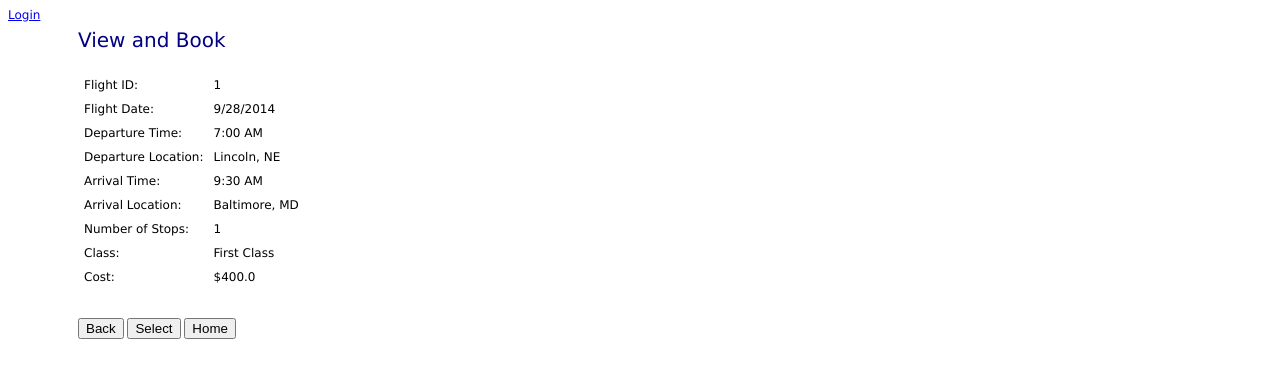
Repository: jliu9000/CSE-464---Flight-Pages
Page: http://localhost/HW1/ViewAndBook.jsp
The author's editor kept a copy of each file at every save. The page is drawn from the files as they stood at one save, then again after the next save.
The browser window is 1280 px wide. The pictures show the whole page.
The page is served by Tomcat 9. Other server files are loaded and not shown.

Above is the page before, as saved 2014-09-22 21:47:32.

### HW1/WebContent/ViewAndBook.jsp
<%@ page language="java" contentType="text/html; charset=ISO-8859-1"
    pageEncoding="ISO-8859-1"%>
<!DOCTYPE html PUBLIC "-//W3C//DTD HTML 4.01 Transitional//EN" "http://www.w3.org/TR/html4/loose.dtd">
<html>
<head>
<meta http-equiv="Content-Type" content="text/html; charset=ISO-8859-1">
<link rel="stylesheet" type="text/css" href="CSS/FlightStyles.css">
<%@ page import="flight.bizlogic.*"%>


<title>View and Book</title>


</head>
<body>

<div class='sidebar'>
	<a id="login" href="login.jsp">
	<%=session.getAttribute("nUserID") != null ? "Logout" : "Login"%>
	</a>
</div>

	<%
		RecordFactory records = new RecordFactory(1);
		FlightRecord r = records.TestRecord();
	%>

<div class='main'>

	<p class="PageTitle">View and Book</p>


		<table>
			<tr><td class="key">Flight ID: </td><td class='value'><%=r.getID() %></td></tr>
			<tr><td class='key'>Flight Date: </td><td class='value'><%=r.getDateOfTravel() %></td></tr>
			<tr><td class='key'>Departure Time: </td><td class='value'><%=r.getDepartureTime() %></td></tr>
			<tr><td class='key'>Departure Location: </td><td class='value'><%=r.getSource() %></td></tr>
			<tr><td class='key'>Arrival Time: </td><td class='value'><%=r.getArrivalTime() %></td></tr>
			<tr><td class='key'>Arrival Location: </td><td class='value'><%=r.getDestination() %></td></tr>
			<tr><td class='key'>Number of Stops: </td><td class='value'><%=r.getNumberOfStops() %></td></tr>
			<tr><td class='key'>Class: </td><td class='value'><%=r.getFlightClass() %></td></tr>
			<tr><td class='key'>Cost: </td><td class='value'>$<%=r.getCost() %></td></tr>
		</table>

	<br><br>

	<a href="FlightSearchResults.jsp"><button>Back</button></a>
	<a href="Transaction.jsp"><button>Select</button></a>
	<a href="FlightSearch.jsp"><button>Home</button></a>


</div>
</body>
</html>

### HW1/src/flight/bizlogic/RecordFactory.java
package flight.bizlogic;
import java.util.ArrayList;



public class RecordFactory {
	//Master list
	private ArrayList<FlightRecord> oRecordsList;
	private int nTotalRecords;

	//Lists for record generation
	private String sListOfLocations[] = {"New York City, New York","Dallas, Texas","Sacramento, California",
			"Chicago, Illinois","Lincoln, Nebraska","Denver, Colorado","Atlanta, Georgia"};
	private int sListOfYears[] ={2014,2015,2016};
	private String sListOfClass[] ={"First Class", "Business", "Economy"};

	//Static test record
	private FlightRecord _oTestRecord = new FlightRecord(1, "Lincoln, NE", "Baltimore, MD", "9/28/2014", 52, "First Class",
			"7:00 AM", "9:30 AM", 1, 400.00);

	public RecordFactory(int nTotalRecords){

		//use nTotalRecords <= 0 for a random number of 1 to 50 records
		if (nTotalRecords <= 0){
			this.nTotalRecords = (int) Math.round(Math.random() * 49) + 1;
		}else{
			this.nTotalRecords = nTotalRecords;
		}

		oRecordsList = new ArrayList<FlightRecord>();

	}

	public void generateRecords(){

		for (int i = 0; i<= nTotalRecords; i++){
			oRecordsList.add(getSingleRecord());
		}

	}

	public FlightRecord getSingleRecord(){
		String sFormatedMonth;
		int nYear, nMonth, nDay, nSeats, nClass, nSource, nDestination, nID;

		nMonth = (int) Math.ceil(Math.random() * 12);
		nDay = (int) Math.round(Math.random() * 28);
		nYear = (int) Math.round(Math.random() * 2);
		sFormatedMonth = nMonth + "/" +nDay +"/" +sListOfYears[nYear];

		nSeats = (int) Math.round(Math.random() * 100);
		nClass = (int) Math.round(Math.random()*2);
		nSource = (int) Math.round(Math.random()*6);
		nDestination = (int) Math.round(Math.random() * 6);
		//destination cannot equal source
		while (nDestination == nSource){
			nDestination = (int) Math.round(Math.random() * 6);
		}

		return new FlightRecord(sListOfLocations[nSource], sListOfLocations[nDestination], sFormatedMonth, nSeats, sListOfClass[nClass]);

	}





	public String toHTMLTableRow(int nRow){
		FlightRecord r;
		String sHTMLRow;
		if (nRow < oRecordsList.size()){
			r = oRecordsList.get(nRow);
		}else{
			return "";
		}

		sHTMLRow = "<td>" +r.getID() +"</td>";
		sHTMLRow += "<td>" +r.getDateOfTravel() +"</td>";
		sHTMLRow += "<td>" +r.getDepartureTime() +"</td>";
		sHTMLRow += "<td>" +r.getArrivalTime() +"</td>";
		sHTMLRow += "<td>" +r.getNumberOfStops() +"</td>";
		sHTMLRow += "<td> $" +r.getCost() +"</td>";

		return sHTMLRow;
	}

	public FlightRecord TestRecord() {
		return _oTestRecord;
	}

	public int TotalRecords(){
		return nTotalRecords;

	}

	public ArrayList<FlightRecord> getRecords(){

		return oRecordsList;
	}
}

### HW1/src/flight/bizlogic/FlightRecord.java
package flight.bizlogic;

public class FlightRecord {
	private String sSource;
	private String sDestination;
	private String sDateOfTravel;
	private String sClass;
	private int nSeats;
	private String sDepartureTime;
	private String sArrivalTime;
	private int nNumberOfStops;
	private double dCost;
	private int nID;


	public FlightRecord(String sSource, String sDestination, String sDateOfTravel, int nSeats,
			String sClass){
		this.sSource = sSource;
		this.sDestination = sDestination;
		this.sDateOfTravel = sDateOfTravel;
		this.nSeats = nSeats;
		this.sClass = sClass;
		fillRecord();
	}

	public FlightRecord(int nID, String sSource, String sDestination, String sDateOfTravel, int nSeats,
			String sClass, String sDepartureTime, String sArrivalTime, int nNumberOfStops, double dCost){
		this.nID = nID;
		this.sSource = sSource;
		this.sDestination = sDestination;
		this.sDateOfTravel = sDateOfTravel;
		this.nSeats = nSeats;
		this.sClass = sClass;
		this.sDepartureTime = sDepartureTime;
		this.sArrivalTime = sArrivalTime;
		this.nNumberOfStops = nNumberOfStops;
		this.dCost = dCost;

	}


	//fill missing fields w/ random numbers
	private void fillRecord(){
		int nHour;
		int dMin;
		nID = (int) Math.round(Math.random()*1000);
		nHour = (int) Math.round(Math.random() * 11) + 1;
		dMin =  (int) Math.round(Math.random() * 60);
		sDepartureTime =  nHour +":" +dMin +" " +(Math.random() > .5 ? "AM" : "PM");
		nHour = (int) Math.round(Math.random() * 11) + 1;
		dMin = (int) Math.round(Math.random() * 60);
		sArrivalTime =  nHour +":" +dMin +" " +(Math.random() > .5 ? "AM" : "PM");
		nNumberOfStops = (int) Math.round(Math.random() * 4);
		dCost =  Math.round(Math.random() * 1000) + 50;
	}



	public String getDepartureTime() {
		return sDepartureTime;
	}


	public String getArrivalTime() {
		return sArrivalTime;
	}


	public int getNumberOfStops() {
		return nNumberOfStops;
	}


	public double getCost() {
		return dCost;
	}


	public int getID() {
		return nID;
	}



	public String getSource() {
		return sSource;
	}

	public String getDestination() {
		return sDestination;
	}

	public String getDateOfTravel() {
		return sDateOfTravel;
	}

	public String getFlightClass() {
		return sClass;
	}

	public int getSeats() {
		return nSeats;
	}






}

### HW1/WebContent/CSS/FlightStyles.css
@CHARSET "ISO-8859-1";

body {
	font-family: "Verdana";
	font-size:12px;

}

div.sidebar {
	float: left;
	width: 70px;
}
div.main {
	float: left;
}

p {
    font-size: 12px;
    color: navy;
}

p.PageTitle {
    font-size: 20px;
    color: navy;
    font-style: bold;
}

p.subheading {
	font-size: 16px;

}

p.message {
	color: red;
	text-align: center;
}

table {


}

th {
	border: 1px solid #3C5E8F;
    background-color: #1975FF;
    color: white;
    padding: 4px;
    padding-left: 8px;
	padding-right: 8px;

}

tr {


}

tr.repeatalt {
	border: 1px solid #3C5E8F;
	background-color: #E6E6E6;

}

td.repeat {
	padding: 2px;
	padding-left: 5px;
	padding-right: 5px;
	background-color: #CCE0FF;
}

td.button{
	text-align: center;
}

td{
	text-align: left;
	padding: 4px;

}

td.key{
	font-style: bold;
}


a.navibar{

}


#login {
    font-size:12px;
}

After the next save:
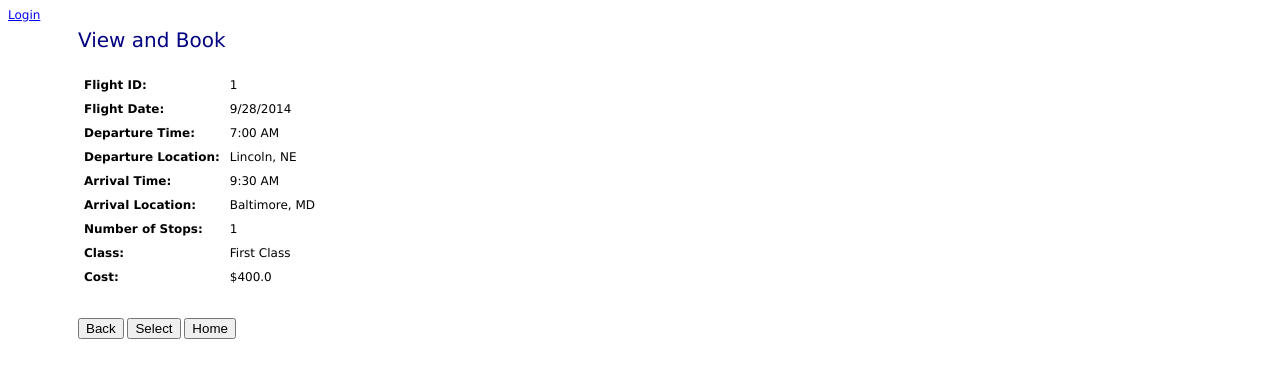
Saved 13 s later.
--- a/HW1/WebContent/CSS/FlightStyles.css
+++ b/HW1/WebContent/CSS/FlightStyles.css
@@ -79,7 +79,7 @@ td{
 }
 
 td.key{
-	font-style: bold;
+	font-weight: bold;
 }
 
 
